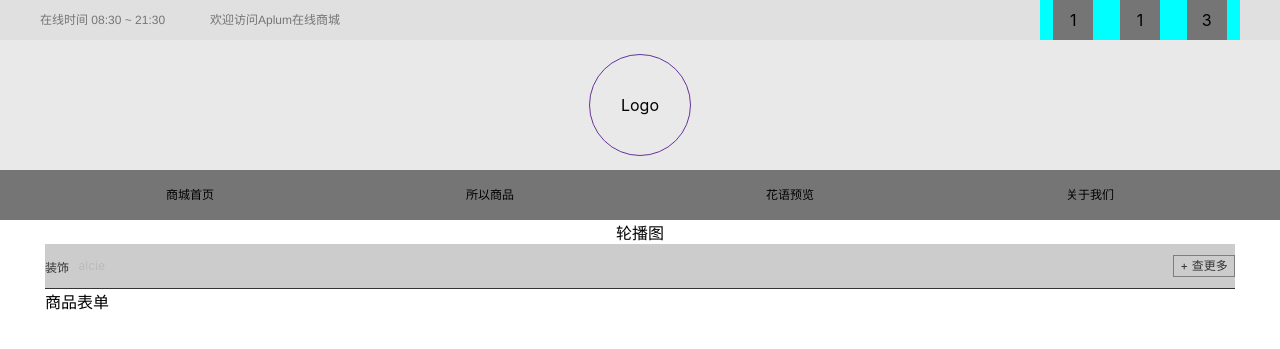
Repository: Alicehhhmm/aplum
Page: /
An editor plug-in stored every save of this project. The page is shown before and after the next save, followed by the edit.
The browser window is 1280 px wide. The pictures show the whole page.
The project was rebuilt for these pictures with package versions that can differ from the ones it lists, and the page was loaded fresh each time. Also part of the build but not shown: src/components/footer/index.jsx, src/components/carousel/index.scss, src/components/productList/index.scss, src/App.css.

Above is the page before, as saved 2021-10-11 16:45:07.

### src/index.js
import React from 'react';
import ReactDOM from 'react-dom';
import './index.css';
import App from './App';
import reportWebVitals from './reportWebVitals';

ReactDOM.render(
  <React.StrictMode>
    <App />

  </React.StrictMode>,
  document.getElementById('root')
);


reportWebVitals();

### src/App.js


// import Footer from './views/footer/footer';//尾部
import Footer from './components/footer';
import Body from './components/body';
import Header from './components/header';
import './App.css';

function App() {
  return (
    <div>
      <Header/>
      <Body/>
      {/* <Footer/> */}
    </div>
  );
}

export default App;

### src/components/body/index.jsx
import React,{Component} from "react";
import CarouselComp from "../carousel";
import ProductList from '../productList'
import "./index.scss"

export default class Body extends Component{

  render(){
      return(
        <div className="mun">
          <CarouselComp/>
          <div className="mun_child"></div>
          <ProductList/>
        </div>
      );
  }
}

### src/components/header/index.jsx
import React, { Component } from "react";
import './index.scss'
export default class Header extends Component{
    render(){
        const tag = ['商城首页','所以商品','花语预览','关于我们']
        return(
            <div className="mn" >
                {/* 头部小导航栏 */}
                <view className="minTop">
                    <view className='minTopft'>
                        <view className='time'>在线时间 08:30 ~ 21:30</view>
                        <view className='time'>欢迎访问Aplum在线商城</view>
                    </view>
                    <view className='minToprt'>
                        <view className="icn">1</view>
                        <view className="icn">1</view>
                        <view className="icn">3</view>
                    </view>
                </view>
                {/* 头部大导航栏 */}
                <view className="maxTop">
                    <view className="maxToptp"><span className='logo'>Logo</span></view>
                    <view className="maxTopbt">
                        {tag.map(r=>(
                             <view className="tag">{r}</view>
                        ))}
                    </view>
                </view>
            </div>
        )
    }
}

### src/components/footer/index.scss
*{
    margin: 0;
    padding: 0;
    list-style-type:none;
}
.mu{
    width: auto;
    height: 500px;
    display: flex;
    flex-direction: column;
    justify-content: space-between;
    background-color: sandybrown;
}
.mut{
    width: auto;
    height: 144px;
    line-height: 144px;
    font-size: 32px;
    font-weight: 700;
    color: #ffffff;
    font-family:Helvetica,Arial,sans-serif ;
    display: flex;
    flex-direction: column;
    justify-content: center;
    align-items: center;
    flex-grow: 0;
    background-color: rgb(2, 26, 9);
}
.mub{
    width: auto;
    display: flex;
    flex-direction: column;
    justify-content: center;
    align-items: center;
    flex-grow: 1;
    background-color: skyblue;
}
.mutt{
    width: auto;
    margin: 0 320px;
    display: flex;
    flex-grow: 1;
    background-color: tan;
}
.ttbn{
    width: 222px;
    height: 356px;
    padding: 0 12px;
    display: flex;
    flex-direction: column;
    align-items: center;
    background-color: rgb(2, 26, 9);
}
.p{
    font-size: 16px;
    line-height: 16px;
    color: #ffffff;
    font-family:Helvetica,Arial,sans-serif ;
    margin-bottom: 14px;
}
.li{
    font-size: 12px;
    color: #f9f9f9;
}
.mubb{
    width: auto;
    display: flex;
    flex-direction: row;
    justify-content: space-between;
    flex-grow: 0;
    border-top:1px solid #ffffff;
}
.bbtn{
    width: 492px;
    height: 60px;
    display: flex;
    justify-content: center;
    align-items: center;
    background-color: rgb(2, 26, 9);
}
.copright{
    font-family:  Helvetica,"sans-serif-light",sans-serif;
    font-size: 12px;
    font-weight: 300;
    color: #f9f9f9;
}
.bbtnx{
    width: 492px;
    height: 60px;
    display: flex;
    justify-content: flex-end;
    align-items: center;
    background-color: rgb(2, 26, 9);
}
.icon{
    width: 20px;
    height: 40px;
    padding: 0 5px;
    background-color: #ffffff;
}

### src/components/carousel/index.jsx
import React,{Component} from "react";
// 插件引入
import "react-responsive-carousel/lib/styles/carousel.min.css"; // requires a loader
import { Carousel } from 'react-responsive-carousel';

import "./index.scss"

export default class CarouselComp extends Component{

  render(){
      return(
        // <Carousel showArrows={true} >
        //     <div>
        //         <img src="assets/1.jpeg" />
        //         <p className="legend">Legend 1</p>
        //     </div>
        //     <div>
        //         <img src="assets/2.jpeg" />
        //         <p className="legend">Legend 2</p>
        //     </div>
        //     <div>
        //         <img src="assets/3.jpeg" />
        //         <p className="legend">Legend 3</p>
        //     </div>
        //  </Carousel>

        <div className="">
          <div className="munchild_carousel">轮播图</div>
        </div>
      );
  }
}

### src/components/productList/index.jsx
import React,{Component} from "react";
import TopList from './topList'
import "./index.scss"

export default class ProductList extends Component{

  render(){
      return(
        <div className="">
            <TopList/>
            <div className="munchild_product_list">商品表单</div>
        </div>
      );
  }
}

### src/components/body/index.scss

.mun{
    display: flex;
    flex-direction: column;
    align-items: center;
}

.mun_child{
    display: flex;
    justify-content: center;
    align-items: center;
}

### src/components/header/index.scss
*{
    margin: 0;
    padding: 0;
}


// 主体
.mn{
    background-color: #e0e0e0;
}

// 头部小导航栏
.minTop{
    height: 40px;
    line-height: 40px;
    background-color: #e0e0e0;
    padding: 0 40px;
    display: flex;
    justify-content: space-between;
    .minTopft{
        // background-color: aqua;
        width: 300px;
        display: flex;
        justify-content: space-between;
        .time{
            font-size: 12px;
            color: #757575;
            font-family:Helvetica,微软雅黑,Arial,sans-serif;
        }
    }
    .minToprt{
        background-color: aqua;
        width: 200px;
        display: flex;
        justify-content: space-around;
        .icn{
            width: 40px;
            height: 40px;
            text-align: center;
            background-color: #757575;
        }
    }
}

// 头部大导航栏
.maxTop{
    background-color: #757575;
    display: flex;
    flex-direction:column;
    .maxToptp{
        background-color: #e9e9e9;
        height: 130px;
        display: flex;
        justify-content: center;
        align-items: center;
        .logo{
            width: 100px;
            height: 100px;
            border: 1px solid rebeccapurple;
            border-radius: 50%;
            display: flex;
            justify-content: center;
            align-items: center;
        }
    }
    .maxTopbt{
        height: 50px;
        line-height: 50px;
        padding: 0 40px;
        // background-color: brown;
        display: flex;
        justify-content: space-around;
        align-items: center;
        .tag{
            width: 140px;
            font-size: 12px;
            display: flex;
            justify-content: center;
        }
    }
}

### src/components/productList/topList/index.jsx
import React,{Component} from "react";
import "./index.scss"

export default class TopList extends Component{

    render(){
        return(
            <div className="mod">
                <view className="modft">
                    <span>装饰</span>
                    <span className="modtext">alcie</span>
                </view>
                <view className="modrt">+ 查更多</view>
            </div>
        );
    }
  }

### src/components/productList/topList/index.scss


.mod{
    background-color: #ccc;
    width: 1190px;
    height: 44px;
    border-bottom:1px solid #343434;
    display: flex;
    justify-content: space-between;
    align-items: center;
    .modft{
        width: 60px;
        font-size: 12px;
        color: #333;
        display: flex;
        flex-direction: row;
        justify-content: space-between;
        .modtext{
            color: #bababa;
        }
    }
    .modrt{
        width: 60px;
        height: 20px;
        border: rgba(51, 51, 51, 0.5) solid 1px;
        font-size: 12px;
        color: #333;
        text-align: center;
    }
}

Loaded but not shown: public/index.html (common file); src/index.css (common file); src/reportWebVitals.js (common file)

After the next save:
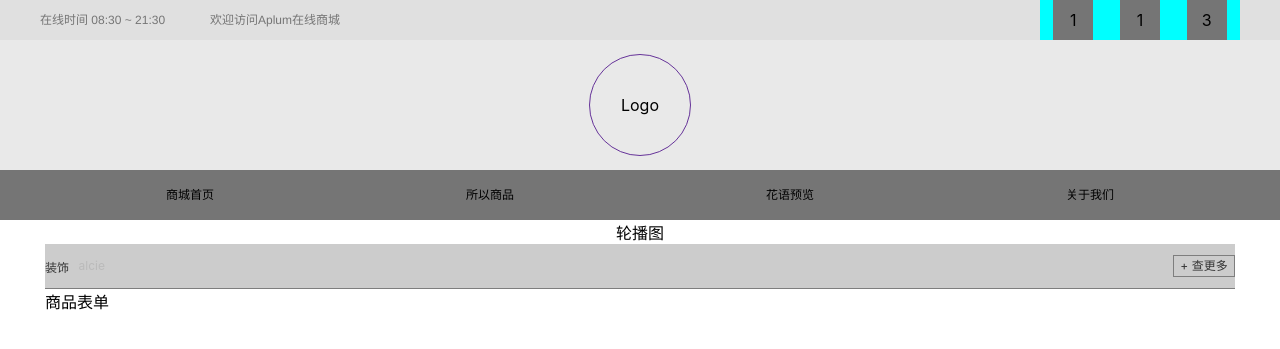
Saved 15 s later.
--- a/src/components/productList/topList/index.scss
+++ b/src/components/productList/topList/index.scss
@@ -4,7 +4,7 @@
     background-color: #ccc;
     width: 1190px;
     height: 44px;
-    border-bottom:1px solid #343434;
+    border-bottom:1px solid rgba(51, 51, 51, 0.5);
     display: flex;
     justify-content: space-between;
     align-items: center;
